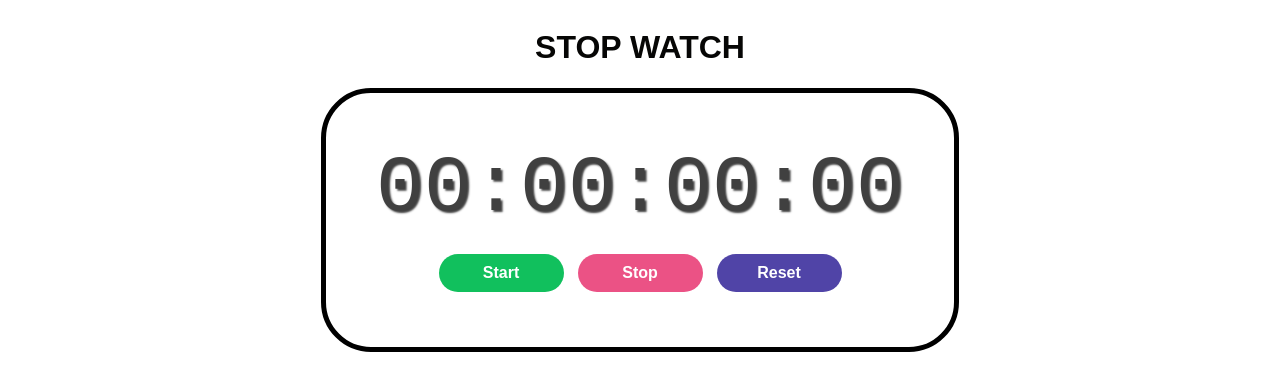
Repository: prakash872/StopWatch
Page: index.html
An editor plug-in stored every save of this project. The page is shown before and after the next save, followed by the edit.
The browser window is 1280 px wide. The pictures show the whole page.
After loading, the first visible `#btn-start` was clicked once.

Above is the page before, as saved 2025-06-24 19:35:43.

### index.html
<!DOCTYPE html>
<html lang="en">
<head>
    <meta charset="UTF-8">
    <meta name="viewport" content="width=device-width, initial-scale=1.0">
    <title>Document</title>
    <link rel="stylesheet" href="style.css">
</head>
<body>
    <h1  id="myH1">STOP WATCH</h1>
    <div id="container">
     <div id="display">
        00:00:00:00
     </div>
     <div id="controls">
        <button id="btn-start" onclick="start()">Start</button>
        <button id="btn-stop">Stop</button>
        <button id="btn-reset">Reset</button>
     </div>
    </div>
    <script src="script.js"></script>
</body>
</html>

### style.css
body{
    display: flex;
    flex-direction: column;
    justify-content: center;
    align-items: center;
}
#container{
    display: flex;
    flex-direction: column;
    align-items: center;
    justify-items: center;
    border: 5px solid black;
    padding: 50px;
    border-radius: 50px;
}
#display{
    font-size: 5rem;
    font-family: monospace;
    color: hsl(60, 0%, 25%);
    text-shadow: 2px 2px 2px hsl(60, 0%, 25%);
}
#myH1{


    color: hsl(60, 11%, 2%);
    font-family: Arial, Helvetica, sans-serif;
}
#controls button{
 font-size: 1rem;
 padding: 10px 20px;
 margin: 5px;
 min-width: 125px;
 font-weight: bold;
 border: none;
 border-radius: 20px;
 margin-top: 20px;
 color: white;
 transition:  background-color 0.5s ease-in-out;
}
#btn-start{
    background-color: hsl(146, 84%, 41%);
    cursor: pointer;
}
#btn-start:hover{
    background-color: hsl(146, 84%, 31%);
}
#btn-stop{
    background-color: hsl(340, 79%, 62%);
    cursor: pointer;
}
#btn-stop:hover{
    background-color: hsl(328, 80%, 22%);
}
#btn-reset{
    background-color: hsl(247, 42%, 46%);
    cursor: pointer;
}
#btn-reset:hover{
    background-color: hsl(255, 19%, 63%);
}

### script.js
const display = document.getElementById("display")

let timer = null
let starttime = 0
let elaspedtime =0
let isRunning = false

function start(){
    console.log(Date())
}

After the next save:
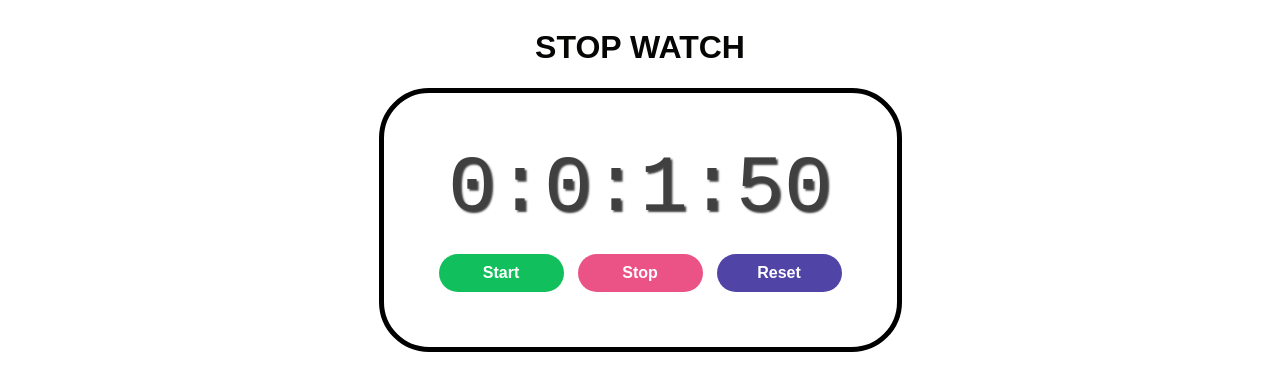
Saved 9 h 44 min later.
--- a/script.js
+++ b/script.js
@@ -6,5 +6,19 @@ let elaspedtime =0
 let isRunning = false
 
 function start(){
-    console.log(Date())
+   if(!isRunning){
+    starttime = Date.now() - elaspedtime
+    timer = setInterval(update,10)
+    isRunning = true
+   }
 }
+function update(){
+    const currenttime = Date.now()
+    elaspedtime = currenttime - starttime
+    let hours = Math.floor(elaspedtime / (1000 * 60 * 60))
+    let minitues = Math.floor(elaspedtime / (1000 * 60) % 60)
+    let seconds = Math.floor(elaspedtime / 1000 % 60)
+    let milliseconds = Math.floor(elaspedtime % 1000 / 10)
+
+    display.textContent = `${hours}:${minitues}:${seconds}:${milliseconds}`
+}
